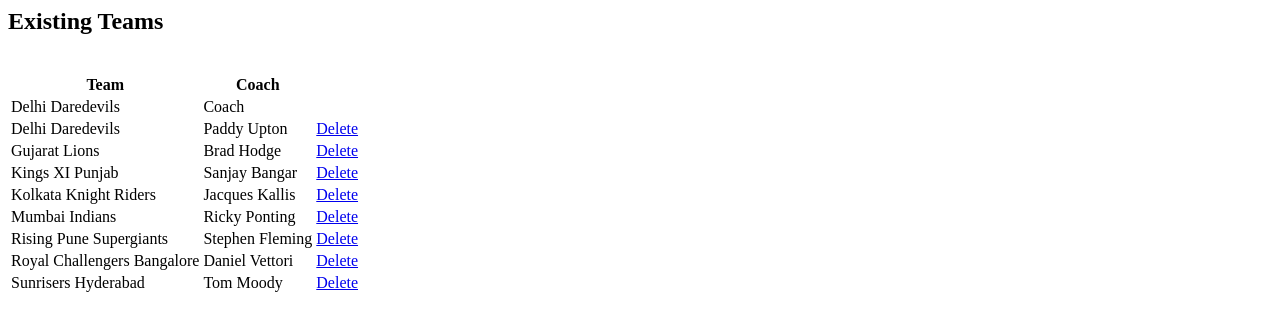
Repository: umng/Learn-to-Program
Page: http://localhost/Remove_team/
An editor plug-in stored every save of this project. The page is shown before and after the next save, followed by the edit.
The browser window is 1280 px wide. The pictures show the whole page.
The page is served by Tomcat 9. The database holds what the project's SQL file puts in it.

Above is the page before, as saved 2017-03-01 08:07:24.

After the next save:
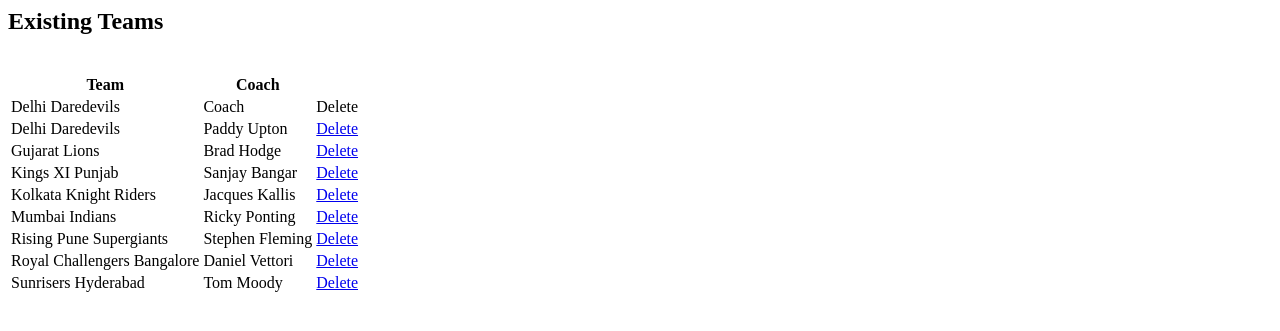
Saved 14 s later.
--- a/Java/CTS_SFDC/workspace/Remove team/WebContent/index.jsp
+++ b/Java/CTS_SFDC/workspace/Remove team/WebContent/index.jsp
@@ -21,7 +21,7 @@
 				<tr>
 					<td>Delhi Daredevils</td>
 					<td>Coach</td>
-					<td></td>
+					<td><a>Delete</a></td>
 				</tr>
 			<%
 				for(Team t: teams) {
